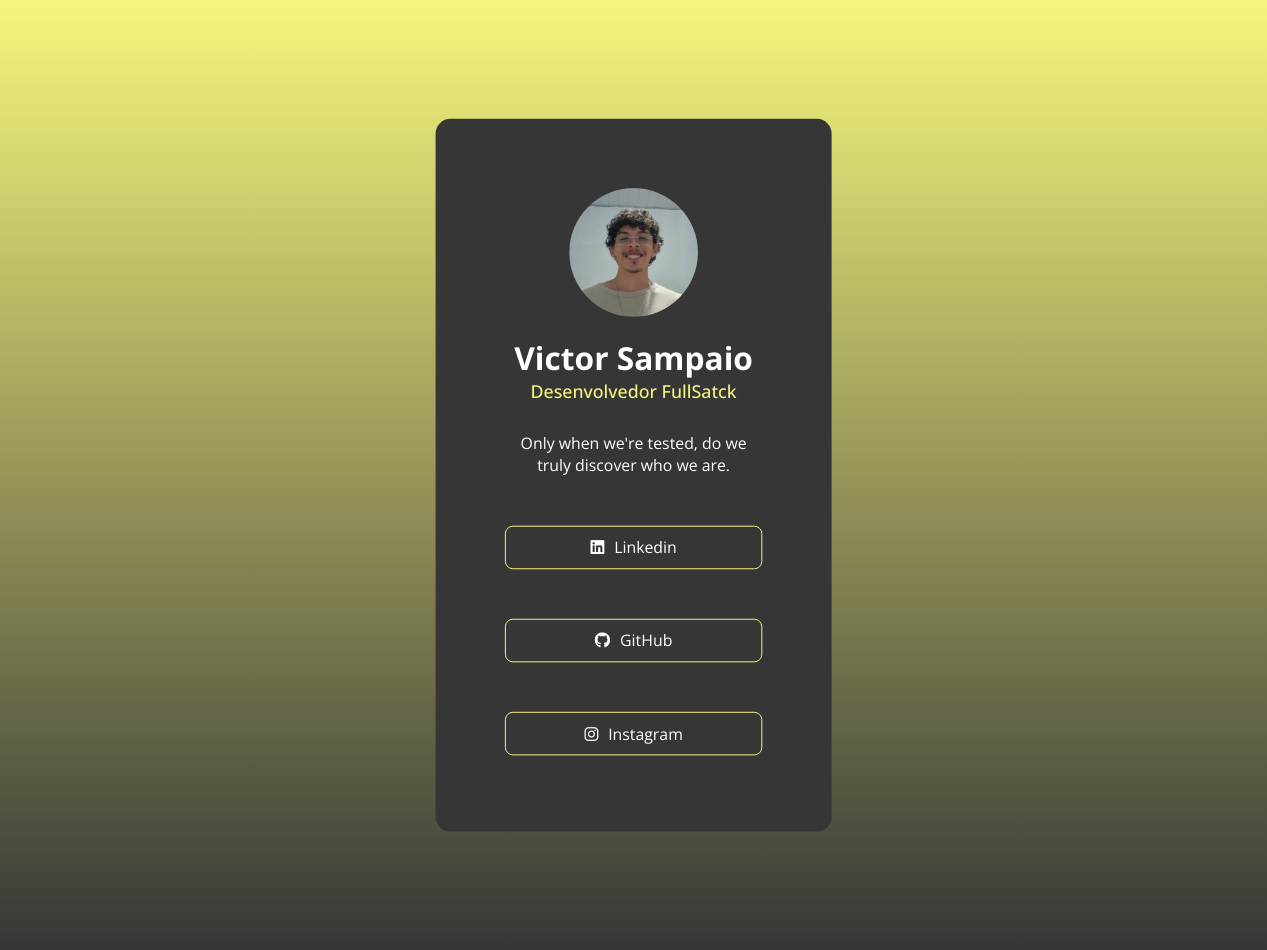
Repository: VictorSampaioDev/linkthree-gt9
Page: index.html
An editor plug-in stored every save of this project. The page is shown before and after the next save, followed by the edit.
The browser window is 1280 px wide. The pictures show the whole page, at 99% of full size.

Above is the page before, as saved 2025-04-11 11:03:02.

After the next save:
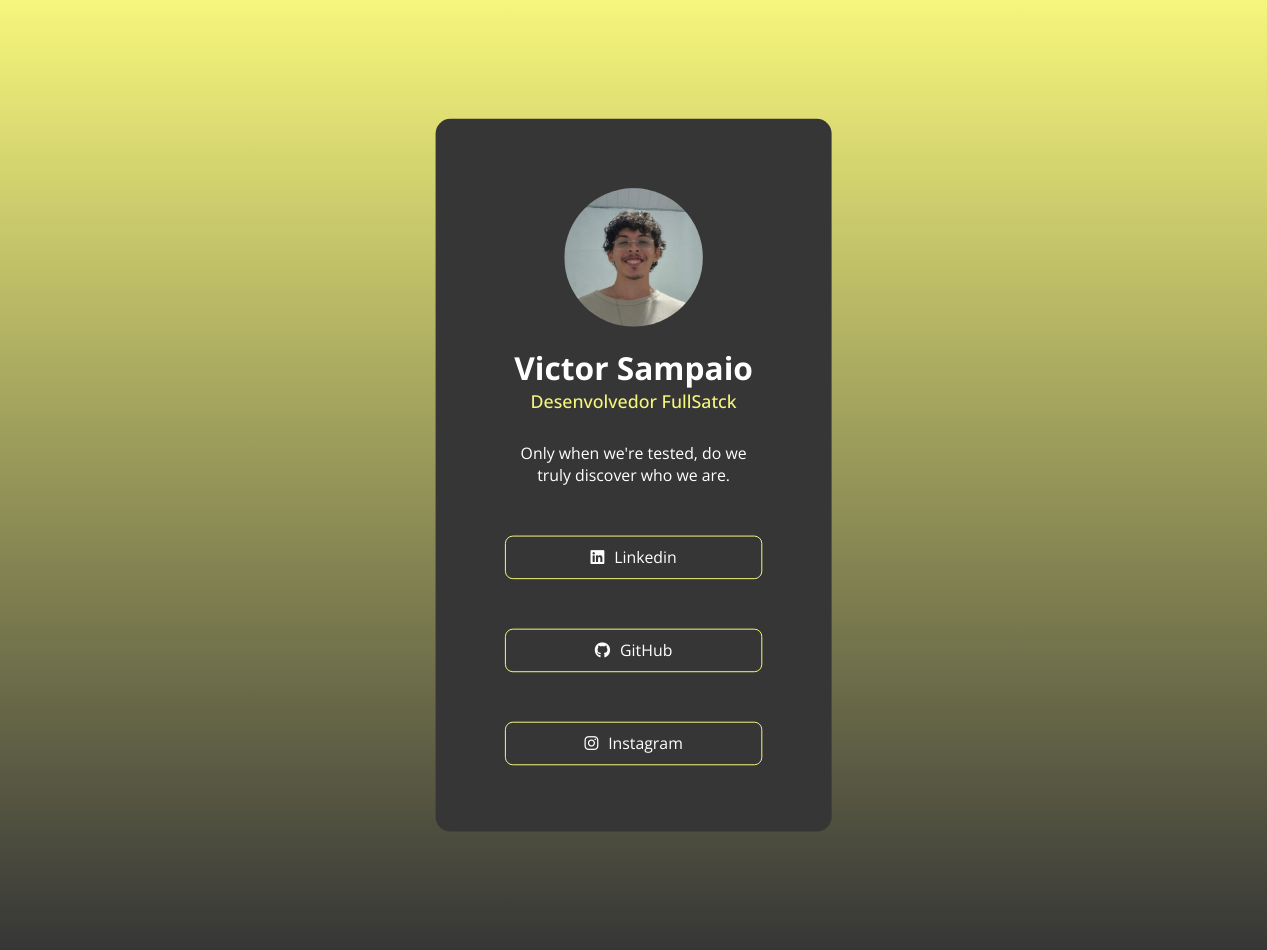
Saved 109 s later.
--- a/style.css
+++ b/style.css
@@ -24,7 +24,7 @@
 .container-image{
 
     & img{
-       width: 130px;
+       width: 140px;
        border-radius: 100%;
     }
 }
